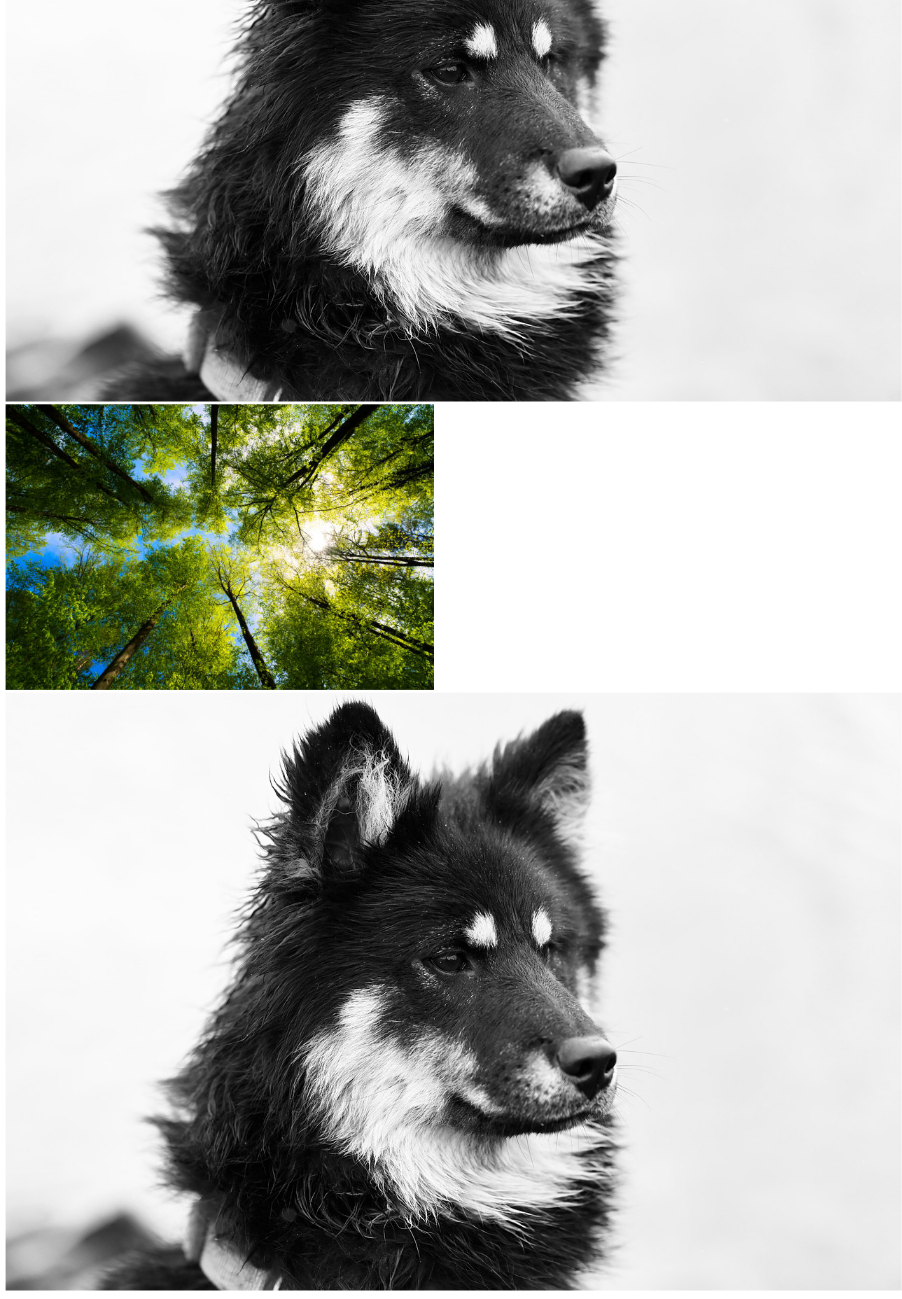
Repository: Muji1412/JSPstudy
Page: http://localhost/JSPbasic/path/example/quiz.jsp
An editor plug-in stored every save of this project. The page is shown before and after the next save, followed by the edit.
The browser window is 1280 px wide. The page is 1288 px wide, so the pictures cover 1288 px, including what lies to the right of the window. The pictures show the part of the page from y = 701 to 2581 px (the page is 2557 px tall before and 2581 px after), at 70% of full size.
The page is served by Tomcat 9. Nobody is signed in. The application's start-up code is not run.

Above is the page before, as saved 2025-02-21 06:51:17.

After the next save:
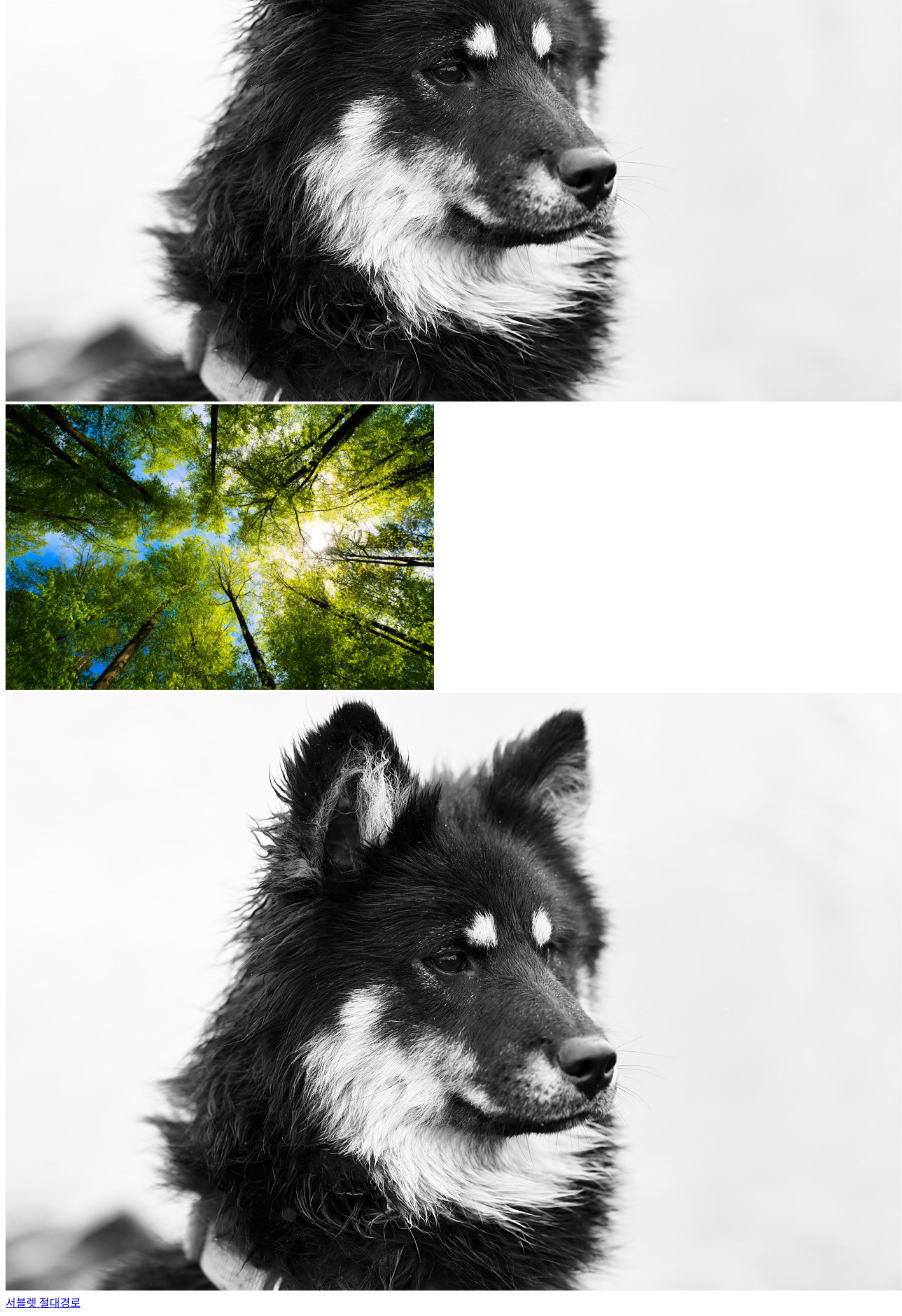
Saved 27 s later.
--- a/workspace/JSPbasic/src/main/webapp/path/example/quiz.jsp
+++ b/workspace/JSPbasic/src/main/webapp/path/example/quiz.jsp
@@ -13,7 +13,7 @@
 
 	<img src ="http://localhost:8181/JSPbasic/html/img/a.jpg">
 	<img src ="http://localhost:8181/JSPbasic/html/img/b.jpg">
-
+	<a href="http://localhost:8181/JSPbasic/apple">서블렛 절대경로</a>
 
 
 </body>
